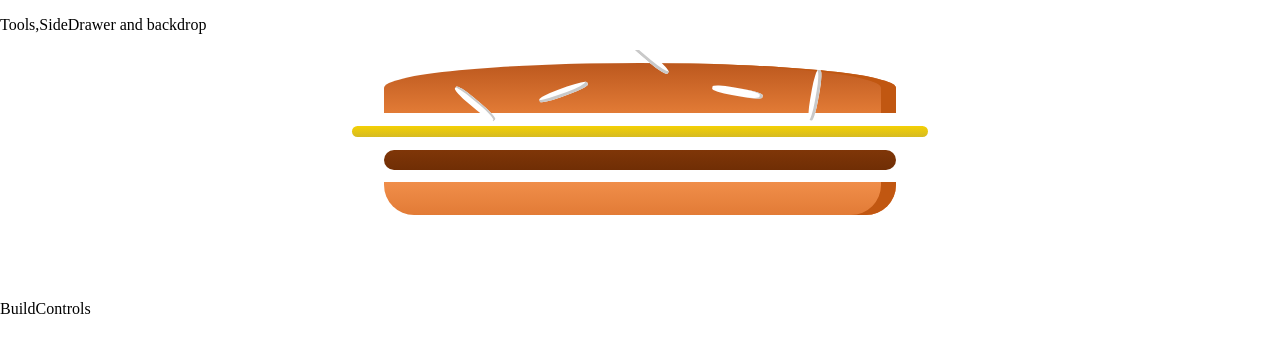
Repository: PiyushRajmsit/React-Burger-Building-App
Page: /
These files come from the project's save history. The page is drawn as it stood at one moment and after the next save; the edit follows.
The browser window is 1280 px wide. The pictures show the whole page.
The project was rebuilt for these pictures with package versions that can differ from the ones it lists, and the page was loaded fresh each time. Also part of the build but not shown: src/App.module.css.

Above is the page before, as saved 2020-06-07 03:07:09.

### src/index.css
body {
  margin: 0;
  padding: 0;
  font-family: open-sans;
  -webkit-font-smoothing: antialiased;
  -moz-osx-font-smoothing: grayscale;
}

code {
  font-family: source-code-pro, Menlo, Monaco, Consolas, 'Courier New',
    monospace;
}

### src/App.js
import React,{Component} from 'react';
import Styles from './App.module.css';
import Layout from './components/Layout/Layout';
import BurgerBuilder from './containers/BurgerBuilder/BurgerBuilder'

class App extends Component{


  render(){
    return(

      <Layout>

        <div>
            <p> Tools,SideDrawer and backdrop </p>
            <BurgerBuilder/>
        </div>
      </Layout>

    );
  }



}

export default App;

### src/components/Layout/Layout.js
import React from 'react';
import Aux from '../../hoc/Aux';
import Styles from './Layout.module.css'
const layout = (props) =>(
    <Aux>
        <main className={Styles.Content}>
            {props.children}
        </main>
    </Aux>
);
export default layout;

### src/containers/BurgerBuilder/BurgerBuilder.js
import React,{Component} from 'react';
import Aux from '../../hoc/Aux';
import Burger from '../../components/Burger/Burger'

class BurgerBuilder extends Component{


    render(){
        return(
            <Aux>
                <Burger/>
                <div>BuildControls</div>
            </Aux>


        );
    }

}

export default BurgerBuilder;

### src/components/Layout/Layout.module.css
.Content{
    margin-top: 16px;

}

### src/components/Burger/Burger.js
import React from 'react';
import Styles from './Burger.module.css';
import BurgerIngredient from './BurgerIngredient/BurgerIngredient';

const burger = (props) =>{

    return(
        <div className={Styles.Burger}>
            <BurgerIngredient type='bread-top'/>
            <BurgerIngredient type='cheese'/>
            <BurgerIngredient type='meat'/>
            <BurgerIngredient type='bread-bottom'/>
        </div>
    );


}
export default burger;

### src/components/Burger/Burger.module.css
.Burger{
    width: 50%;
    margin: auto;
    height: 250px;
    text-align: center;
    font-weight: bold;
    font-size: 1.2em;
    overflow: scroll;
}

@media (min-width: 500px) and (min-height: 4001px){
    .Burger{
        width: 350px;
        height: 300px;

    }
}

### src/components/Burger/BurgerIngredient/BurgerIngredient.js
import React,{Component} from 'react';
import Styles from './BurgerIngredient.module.css';
import PropTypes from 'prop-types';

class BurgerIngredient extends Component{

    render(){
        let ingredient = null;
        switch(this.props.type){

            case('bread-bottom'):
                ingredient = <div className={Styles.BreadBottom}></div>;
                break;

            case('bread-top'):
                ingredient = (<div className={Styles.BreadTop}>
                                <div className={Styles.Seeds1}></div>
                                <div className={Styles.Seeds2}></div>
                            </div>);
                break;

            case('meat'):
                ingredient = <div className={Styles.Meat}></div>;
                break;

            case('cheese'):
                ingredient = <div className={Styles.Cheese}></div>;
                break;

            case('salad'):
                ingredient = <div className={Styles.Salad}></div>;
            break;

            case('bacon'):
                ingredient = <div className={Styles.Bacon}></div>;
            break;
            default:
                ingredient = null;
            break;
        }
        return (ingredient);
    };

}
BurgerIngredient.propTypes = {
    type: PropTypes.string.isRequired
};
export default BurgerIngredient;

### src/components/Burger/BurgerIngredient/BurgerIngredient.module.css
.BreadBottom {
    height: 13%;
    width: 80%;
    background: linear-gradient(#F08E4A, #e27b36);
    border-radius: 0 0 30px 30px;
    box-shadow: inset -15px 0 #c15711;
    margin: 2% auto;
}

.BreadTop {
    height: 20%;
    width: 80%;
    background: linear-gradient(#bc581e, #e27b36);
    border-radius: 50% 50% 0 0;
    box-shadow: inset -15px 0 #c15711;
    margin: 2% auto;
    position: relative;
}

.Seeds1 {
    width: 10%;
    height: 15%;
    position: absolute;
    background-color: white;
    left: 30%;
    top: 50%;
    border-radius: 40%;
    transform: rotate(-20deg);
    box-shadow: inset -2px -3px #c9c9c9;
}

.Seeds1:after {
    content: "";
    width: 100%;
    height: 100%;
    position: absolute;
    background-color: white;
    left: -170%;
    top: -260%;
    border-radius: 40%;
    transform: rotate(60deg);
    box-shadow: inset -1px 2px #c9c9c9;
  }

.Seeds1:before {
    content: "";
    width: 100%;
    height: 100%;
    position: absolute;
    background-color: white;
    left: 180%;
    top: -50%;
    border-radius: 40%;
    transform: rotate(60deg);
    box-shadow: inset -1px -3px #c9c9c9;
  }

  .Seeds2 {
    width: 10%;
    height: 15%;
    position: absolute;
    background-color: white;
    left: 64%;
    top: 50%;
    border-radius: 40%;
    transform: rotate(10deg);
    box-shadow: inset -3px 0 #c9c9c9;
  }

  .Seeds2:before {
    content: "";
    width: 100%;
    height: 100%;
    position: absolute;
    background-color: white;
    left: 150%;
    top: -130%;
    border-radius: 40%;
    transform: rotate(90deg);
    box-shadow: inset 1px 3px #c9c9c9;
  }


.Meat {
    width: 80%;
    height: 8%;
    background: linear-gradient(#7f3608, #702e05);
    margin: 2% auto;
    border-radius: 15px;
}

.Cheese {
    width: 90%;
    height: 4.5%;
    margin: 2% auto;
    background: linear-gradient(#f4d004, #d6bb22);
    border-radius: 20px;
}

.Salad {
    width: 85%;
    height: 7%;
    margin: 2% auto;
    background: linear-gradient(#228c1d, #91ce50);
    border-radius: 20px;
}

.Bacon {
    width: 80%;
    height: 3%;
    background: linear-gradient(#bf3813, #c45e38);
    margin: 2% auto;
}

Loaded but not shown: public/index.html (common file); src/index.js (common file); src/serviceWorker.js (common file); src/hoc/Aux.js (common file)

After the next save:
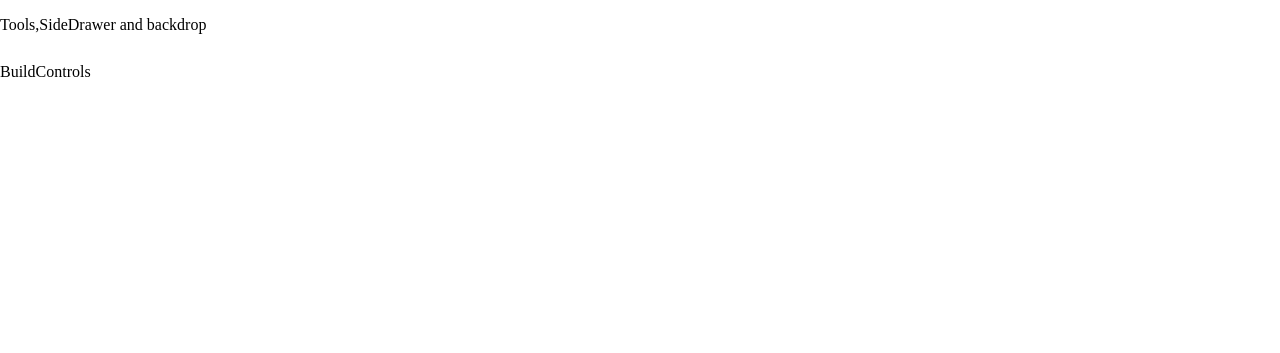
Saved 8 s later.
--- a/src/components/Burger/Burger.module.css
+++ b/src/components/Burger/Burger.module.css
@@ -1,7 +1,7 @@
 .Burger{
     width: 50%;
     margin: auto;
-    height: 250px;
+    height: 20%;
     text-align: center;
     font-weight: bold;
     font-size: 1.2em;

After the 2 saves that followed:
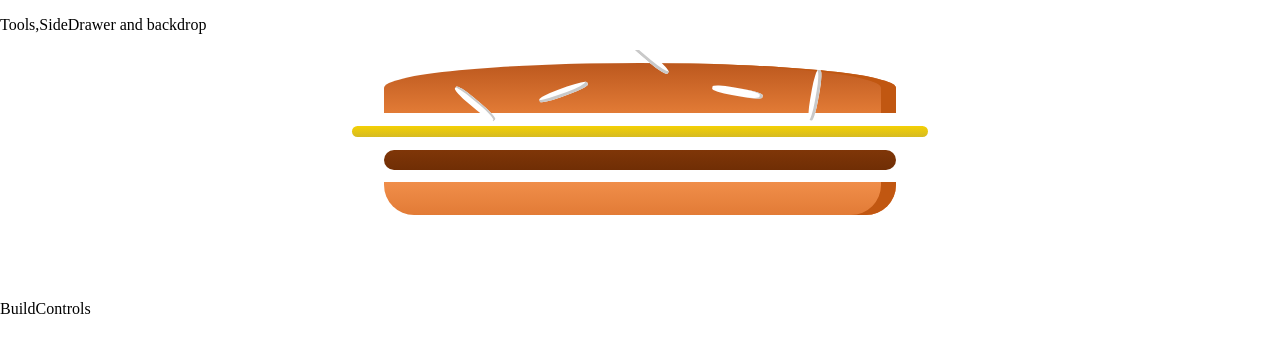
The 2 saves are shown as one change because 1 left the picture as it was.
The last was saved 15 s later.
--- a/src/components/Burger/Burger.module.css
+++ b/src/components/Burger/Burger.module.css
@@ -1,7 +1,7 @@
 .Burger{
     width: 50%;
     margin: auto;
-    height: 20%;
+    height: 250px;
     text-align: center;
     font-weight: bold;
     font-size: 1.2em;
